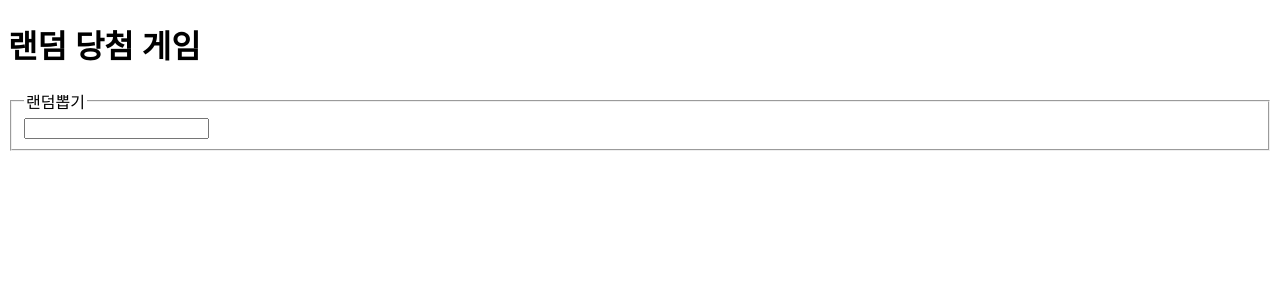
Repository: songhak1226/Web_Server
Page: Ex04Object/src/main/webapp/Ex02createInput.html
An editor plug-in stored every save of this project. The page is shown before and after a run of saves, followed by the edit.
The browser window is 1280 px wide. The pictures show the whole page.

Above is the page before, as saved 2023-05-16 08:11:24.

After the next 2 saves:
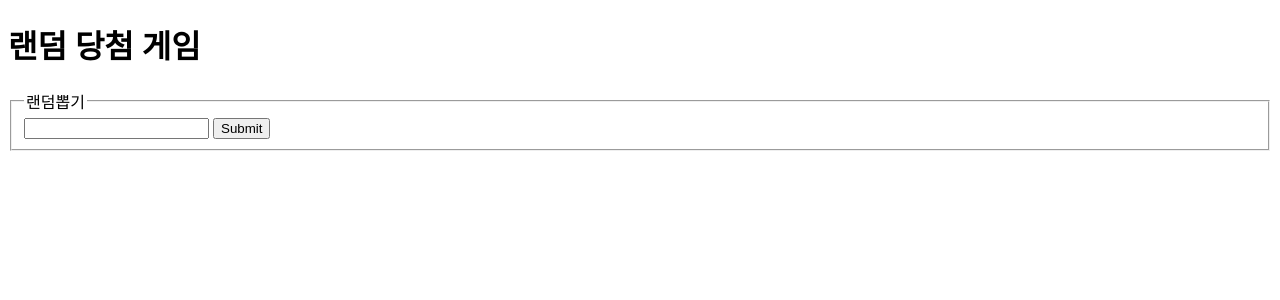
The 2 saves are shown as one change because they came seconds apart.
The last was saved 36 s later.
--- a/Ex04Object/src/main/webapp/Ex02createInput.html
+++ b/Ex04Object/src/main/webapp/Ex02createInput.html
@@ -5,10 +5,11 @@
 <title>Insert title here</title>
 </head>
 <body>
-<h1>랜덤 당첨 게임</h1>
-<fieldset>
-<legend>랜덤뽑기</legend>
-<input type="text" name="number">
-</fieldset>
+	<h1>랜덤 당첨 게임</h1>
+	<fieldset>
+		<legend>랜덤뽑기</legend>
+		<input type="text" name="number"> <input type="submit"
+			name="생성하기">
+	</fieldset>
 </body>
 </html>
